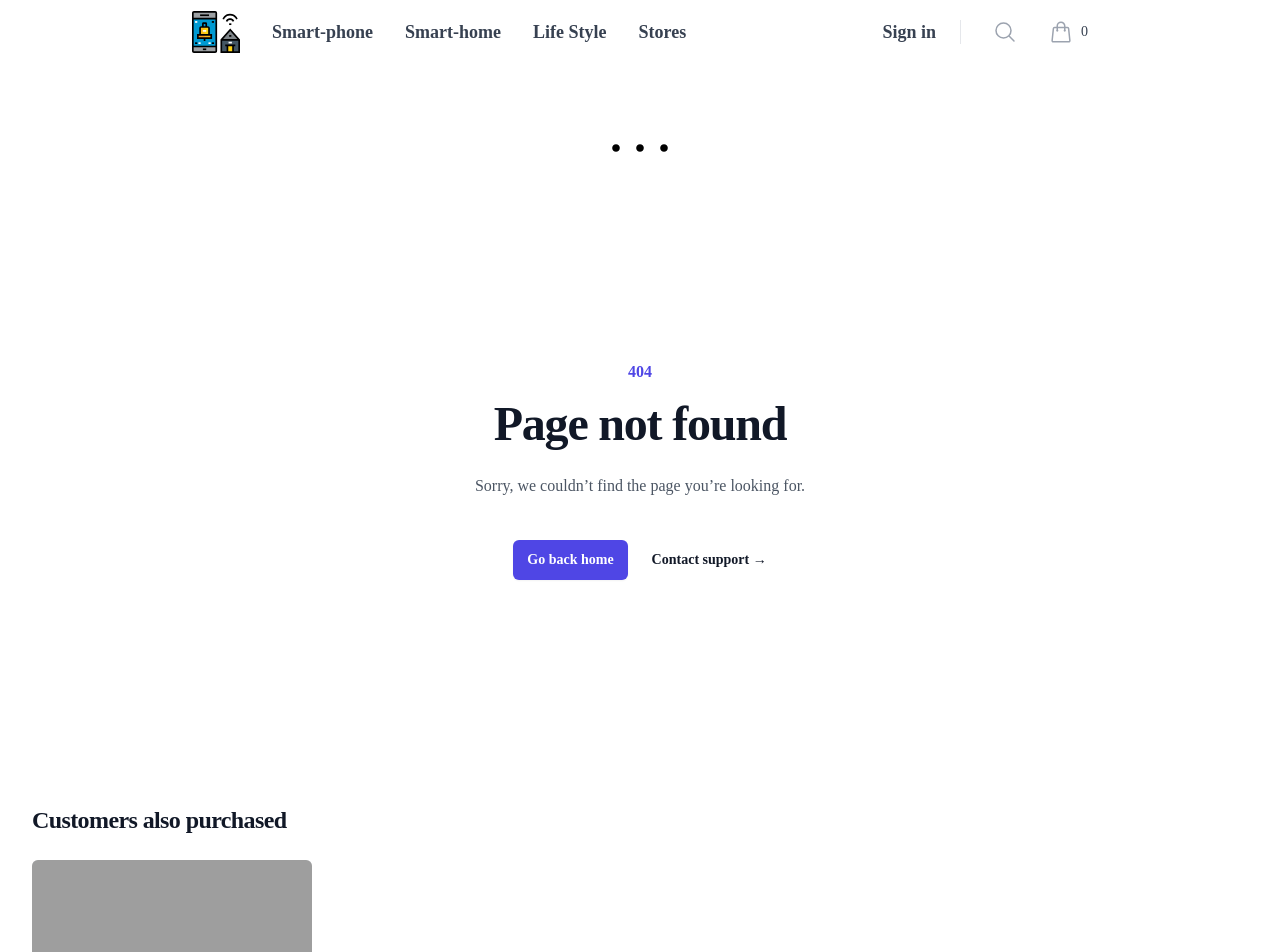
Repository: Gunplay/Smart-Home
Page: /
These files come from the project's save history. The page is drawn as it stood at one moment and after the next save; the edit follows.
The browser window is 1280 px wide. The pictures show the part of the page from y = 0 to 952 px (the page is 1952 px tall before and 1912 px after).
Pictures or frames that could not be fetched are drawn as grey boxes. The project was rebuilt for these pictures with package versions that can differ from the ones it lists, and the page was loaded fresh each time. Also part of the build but not shown: vite.config.js, vite.config.ts.

Above is the page before, as saved 2024-06-25 12:50:07.

After the next save:
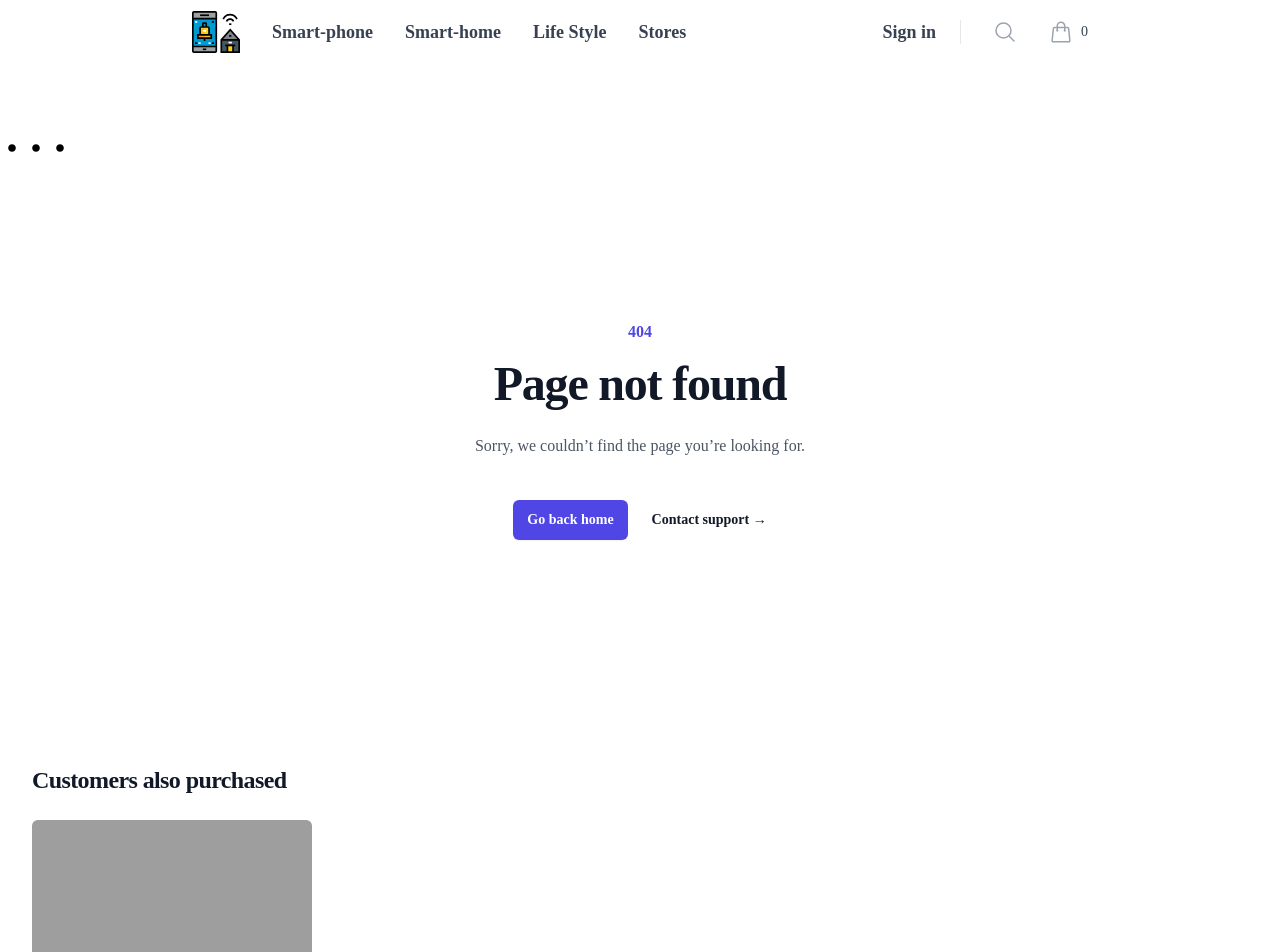
Saved 41 s later.
--- a/src/components/Carousel/index.tsx
+++ b/src/components/Carousel/index.tsx
@@ -49,7 +49,7 @@ const Carousel = () => {
 			<div className='hidden group-hover:block absolute top-[50%] translate-y-[-50%] right-5 text-2xl rounded-full p-2 bg-black/20 text-white cursor-pointer'>
 				<BsChevronCompactRight size={30} onClick={nextSlide} />
 			</div>
-			<div className='flex top-4 justify-center py-2'>
+			<div className='flex top-4 justify-center py-2 absolute'>
 				{slides.map((slide, slideIndex) => (
 					<div
 						key={slideIndex}
